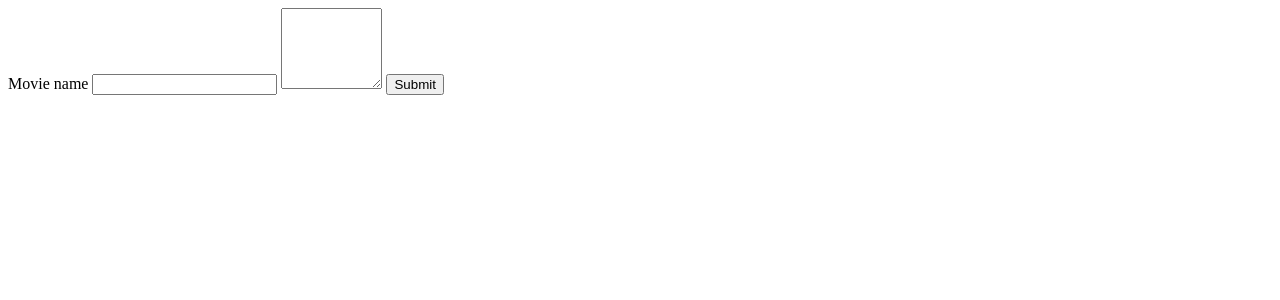
Repository: Anwithgowda/bank-app
Page: http://localhost/movie-book-app/addtheater.jsp
The author's editor kept a copy of each file at every save. The page is drawn from the files as they stood at one save, then again after the next save.
The browser window is 1280 px wide. The pictures show the whole page.
The page is served by Tomcat 10.

Above is the page before, as saved 2024-03-01 03:23:17.

After the next save:
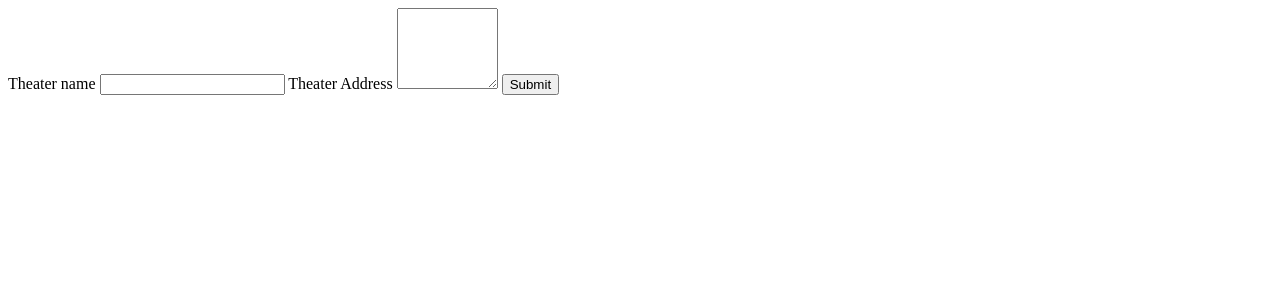
Saved 15 s later.
--- a/movieapp/movie-book-app/src/main/webapp/addtheater.jsp
+++ b/movieapp/movie-book-app/src/main/webapp/addtheater.jsp
@@ -9,8 +9,8 @@
 <body>
 
 <form action="savetheater" method="post">
-  Movie name <input type="text" name="name">
-  <textarea rows="5" cols="10" name="address"></textarea>
+  Theater name <input type="text" name="name">
+ Theater Address <textarea rows="5" cols="10" name="address"></textarea>
   <input type="submit" value="Submit">
 
 </form>
